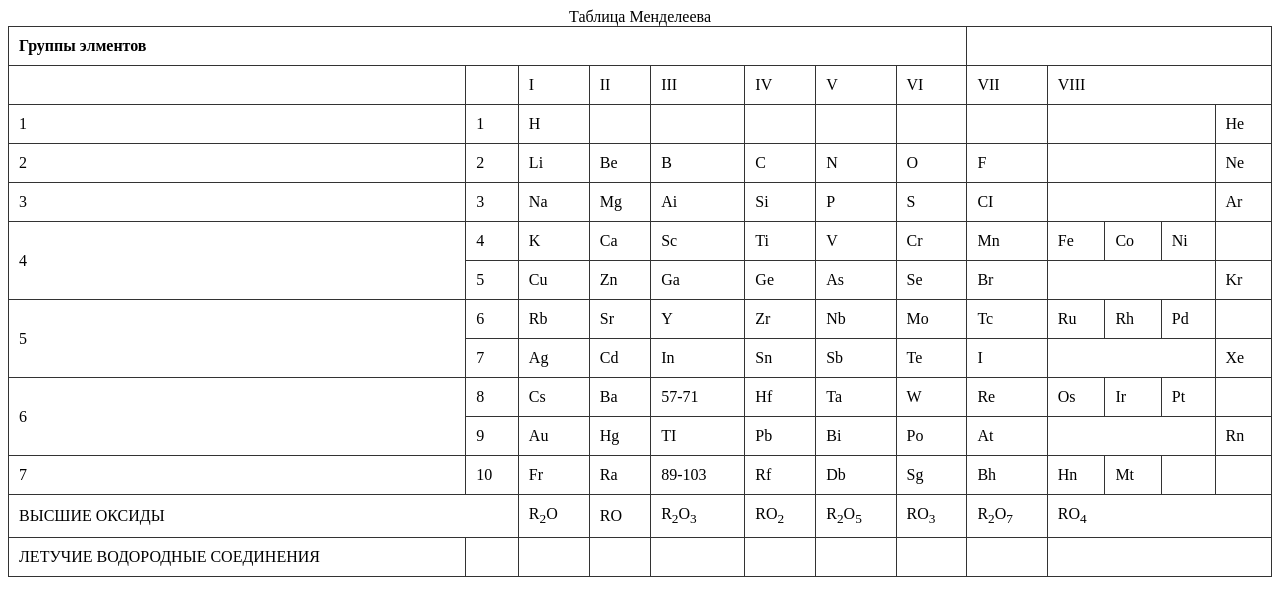
Repository: sannikovcode/exercises-a1
Page: JS/websites/01-periodic table/index.html
The author's editor kept a copy of each file at every save. The page is drawn from the files as they stood at one save, then again after the next save.
The browser window is 1280 px wide. The pictures show the whole page.

Above is the page before, as saved 2025-10-17 19:17:55.

After the next save:
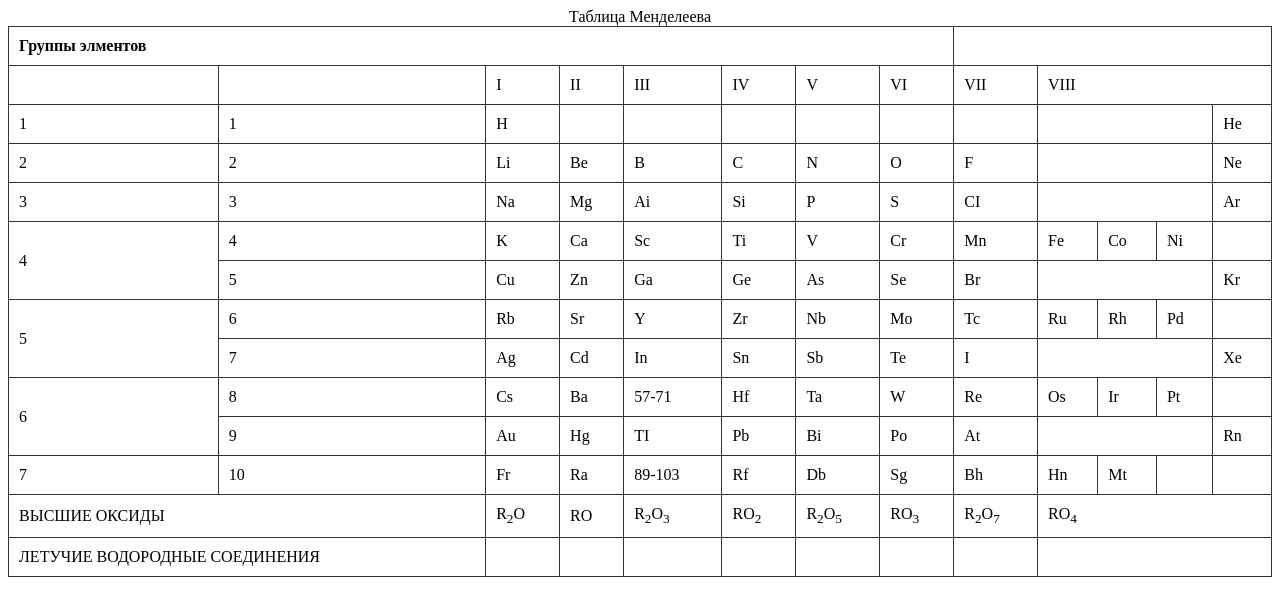
Saved 31 s later.
--- a/JS/websites/01-periodic table/index.html
+++ b/JS/websites/01-periodic table/index.html
@@ -179,11 +179,9 @@
                 <td>R<sub>2</sub>O<sub>7</sub></td>
                 <td colspan="4">RO<sub>4</sub></td>
 
-
-            </tr>
-            <tr>
-                <td>ЛЕТУЧИЕ ВОДОРОДНЫЕ СОЕДИНЕНИЯ</td>
-                <td></td>
+            </tr>
+            <tr>
+                <td colspan="2">ЛЕТУЧИЕ ВОДОРОДНЫЕ СОЕДИНЕНИЯ</td>
                 <td></td>
                 <td></td>
                 <td></td>
@@ -192,6 +190,7 @@
                 <td></td>
                 <td></td>
                 <td colspan="4"></td>
+
             </tr>
 
         </tbody>
